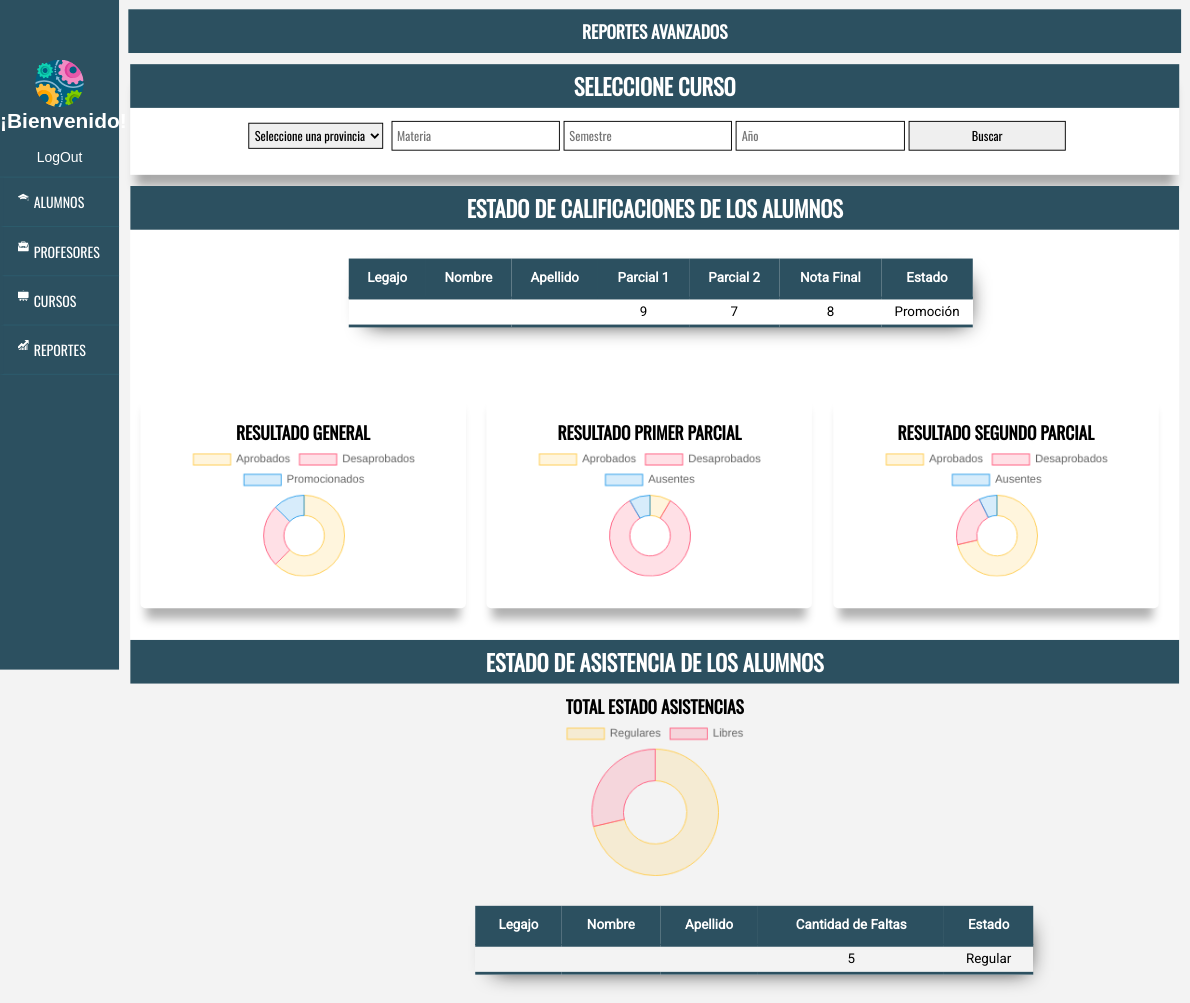
Repository: AlejandraBarrachina23/TPIntegrador_Barrachina_Java
Page: http://localhost/Alejandra_Barrachina_TP_Integrador1/reportes-avanzados.jsp
These files come from the project's save history. The page is drawn as it stood at one moment and after the next save; the edit follows.
The browser window is 1280 px wide. The pictures show the whole page, at 93% of full size.
Some web fonts or font styles are not loaded; a fallback is used. Some web libraries are served in a nearby version. The page is served by Tomcat 9. Nobody is signed in. The application's start-up code is not run. Other server files are loaded and not shown. The template is opened directly, without the code that normally fills it, so the values that code supplies are empty.

Above is the page before, as saved 2019-12-13 03:42:56.

### Alejandra_Barrachina_TP_Integrador1/WebContent/reportes-avanzados.jsp
<%@ page language="java" contentType="text/html; charset=ISO-8859-1"
    pageEncoding="ISO-8859-1"%>
    <%@page import="Dominio.Alumno"%>
    <%@page import="java.util.ArrayList"%>
<!DOCTYPE html>
<html>
<head>
<meta charset="ISO-8859-1">
<title>Sistema Universitarios</title>
<link href="estilos.css" type="text/css" rel=stylesheet>
<link href="https://fonts.googleapis.com/css?family=Oswald&display=swap" rel="stylesheet">
<link href="https://fonts.googleapis.com/css?family=Open+Sans:400,600&display=swap" rel="stylesheet">
<link href="https://fonts.googleapis.com/css?family=Roboto&display=swap" rel="stylesheet">
<link href="https://fonts.googleapis.com/css?family=Francois+One&display=swap" rel="stylesheet">
<link href="jquery.dataTables.min.css" type="text/css" rel=sytlesheet>
<script src="https://cdnjs.cloudflare.com/ajax/libs/Chart.js/2.8.0/Chart.js"></script>
<script src="jquery-3.4.1.min.js"></script>
<script src="jquery.dataTables.min.js"></script>

</head>
<body>

<nav>
<div id="user">
		<a href="index.jsp"><img id="icon-usuario" src="iconos/usuario-admin.svg" alt="imagen-usuario"></a>
		<h2>¡Bienvenido!</h2>
		<p>${usuario.usuario}</p>
		<a href="serveletUsuario">LogOut</a>
	</div>
<jsp:include page="menu-administrador.html"></jsp:include>
</nav>

<section class="section-principal">
	<div class="encabezados">
		<h3>REPORTES AVANZADOS</h3>
	</div>
	<div id="form-reportes-avanzados">
			<div class="busqueda-califaciones">
				<h2>SELECCIONE CURSO</h2>
				<select name="cboxProvincias" id="cboxProvincias" required>
							<option disabled selected>Seleccione una provincia</option>

				</select>
				<input type="text" placeholder="Materia">
				<input type="text" placeholder="Semestre">
				<input type="number" placeholder="Año">
				<input type="button" value="Buscar">
			</div>
			<div class="resultado-busqueda">
			<h2 class="titulos">ESTADO DE CALIFICACIONES DE LOS ALUMNOS</h2>
				<div class="tabla-resultado-busqueda">
					<table class="content-table" id="table_id">
						<thead>
							<tr>
								<th>Legajo</th>
								<th>Nombre</th>
								<th>Apellido</th>
								<th>Parcial 1</th>
								<th>Parcial 2</th>
								<th>Nota Final</th>
								<th>Estado</th>
							</tr>
						</thead>
						<tbody>
							<tr>
								  <td></td>
								  <td></td>
								  <td></td>
								  <td>9</td>
								  <td>7</td>
								  <td>8</td>
								  <td>Promoción</td>
							</tr>
						</tbody>
					</table>
				</div>
				<div class="graficos-resultado-busqueda">
					<div class="form-reportes-graficos">
						<h3>RESULTADO GENERAL</h3>
						<canvas id="estado-alumnos"></canvas>
					</div>
					<div class="form-reportes-graficos">
						<h3>RESULTADO PRIMER PARCIAL</h3>
						<canvas id="notas-primer-parcial"></canvas>
					</div>
					<div class="form-reportes-graficos">
						<h3>RESULTADO SEGUNDO PARCIAL</h3>
						<canvas id="notas-segundo-parcial"></canvas>
					</div>
				</div>
			</div>
			<div class="resultado-busqueda-asistencias">
			<h2 class="titulos">ESTADO DE ASISTENCIA DE LOS ALUMNOS</h2>
				<div class="graficos-resultado-busqueda">
					<div class="form-reportes-graficos-asistencias">
						<h3>TOTAL ESTADO ASISTENCIAS</h3>
						<canvas id="estado-asistencias"></canvas>
					</div>
				</div>
					<div class="tabla-resultado-busqueda">
					<table class="content-table">
						<thead>
							<tr>
								<th>Legajo</th>
								<th>Nombre</th>
								<th>Apellido</th>
								<th>Cantidad de Faltas</th>
								<th>Estado</th>
							</tr>
						</thead>
						<tbody>
							<tr>
								  <td></td>
								  <td></td>
								  <td></td>
								  <td>5</td>
								  <td>Regular</td>
							</tr>
						</tbody>
					</table>
				</div>
			</div>
	</div>
</section>
<script>
var ctx = document.getElementById('estado-alumnos').getContext('2d');
var myChart = new Chart(ctx, {
    type: 'doughnut',
    data: {
        labels: ['Aprobados','Desaprobados', 'Promocionados'],
        datasets: [

        	{
	        	label:"Alumnos",
	            data: [5, 2, 1],
	            fill: false,
	            borderWidth: 1,
	            backgroundColor: [
	                'rgba(255, 206, 86, 0.2)',
	                'rgba(255, 99, 132, 0.2)',
	                'rgba(54, 162, 235, 0.2)'
	            ],
	            borderColor: [

	            	'rgba(255, 206, 86, 1)',
	            	'rgba(255, 99, 132, 1)',
	                'rgba(54, 162, 235, 1)'

	            ]
        	}

        ]
    }
});

var ctx = document.getElementById('notas-segundo-parcial').getContext('2d');
var myChart = new Chart(ctx, {
    type: 'doughnut',
    data: {
        labels: ['Aprobados','Desaprobados', 'Ausentes'],
        datasets: [

        	{
	        	label:"Alumnos",
	            data: [10, 3, 1],
	            fill: false,
	            borderWidth: 1,
	            backgroundColor: [
	                'rgba(255, 206, 86, 0.2)',
	                'rgba(255, 99, 132, 0.2)',
	                'rgba(54, 162, 235, 0.2)'
	            ],
	            borderColor: [

	            	'rgba(255, 206, 86, 1)',
	            	'rgba(255, 99, 132, 1)',
	                'rgba(54, 162, 235, 1)'

	            ]
        	}

        ]
    }
});

var ctx = document.getElementById('notas-primer-parcial').getContext('2d');
var myChart = new Chart(ctx, {
    type: 'doughnut',
    data: {
        labels: ['Aprobados','Desaprobados', 'Ausentes'],
        datasets: [

        	{
	        	label:"Alumnos",
	            data: [1, 10, 1],
	            fill: false,
	            borderWidth: 1,
	            backgroundColor: [
	                'rgba(255, 206, 86, 0.2)',
	                'rgba(255, 99, 132, 0.2)',
	                'rgba(54, 162, 235, 0.2)'
	            ],
	            borderColor: [

	            	'rgba(255, 206, 86, 1)',
	            	'rgba(255, 99, 132, 1)',
	                'rgba(54, 162, 235, 1)'

	            ]
        	}

        ]
    }
});

var ctx = document.getElementById('estado-asistencias').getContext('2d');
var myChart = new Chart(ctx, {
    type: 'doughnut',
    data: {
        labels: ['Regulares','Libres'],
        datasets: [

        	{
	        	label:"Alumnos",
	            data: [5, 2],
	            fill: false,
	            borderWidth: 1,
	            backgroundColor: [
	                'rgba(255, 206, 86, 0.2)',
	                'rgba(255, 99, 132, 0.2)'
	            ],
	            borderColor: [

	            	'rgba(255, 206, 86, 1)',
	            	'rgba(255, 99, 132, 1)'

	            ]
        	}

        ]
    }
});

</script>
</body>
</html>

### Alejandra_Barrachina_TP_Integrador1/WebContent/menu-administrador.html


<style>
@import url('https://fonts.googleapis.com/css?family=Francois+One&display=swap');
</style>

	<ul>
		<a href="alumnos.jsp"><li><img class="icon" alt="cursos" src="iconos/estudiantes.svg">ALUMNOS</li></a>
		<a href="profesores.jsp"><li><img class="icon" alt="cursos" src="iconos/profesores.svg">PROFESORES</li></a>
		<a href="cursos.jsp"><li><img class="icon" alt="profesores" src="iconos/cursos.svg">CURSOS</li></a>
		<a href="reportes.jsp"><li><img class="icon" alt="cursos" src="iconos/reportes.svg">REPORTES</li></a>
	</ul>

Loaded but not shown: Alejandra_Barrachina_TP_Integrador1/WebContent/jquery-3.4.1.min.js (library); Alejandra_Barrachina_TP_Integrador1/WebContent/jquery.dataTables.min.js (library); Alejandra_Barrachina_TP_Integrador1/WebContent/iconos/usuario-admin.svg (1 lines, source omitted); Alejandra_Barrachina_TP_Integrador1/WebContent/iconos/reportes.svg (10 lines, source omitted); Alejandra_Barrachina_TP_Integrador1/WebContent/iconos/cursos.svg (6 lines, source omitted); Alejandra_Barrachina_TP_Integrador1/WebContent/iconos/estudiantes.svg (7 lines, source omitted); Alejandra_Barrachina_TP_Integrador1/WebContent/iconos/profesores.svg (2 lines, source omitted); Alejandra_Barrachina_TP_Integrador1/WebContent/estilos.css (1336 lines, source omitted)

After the next save:
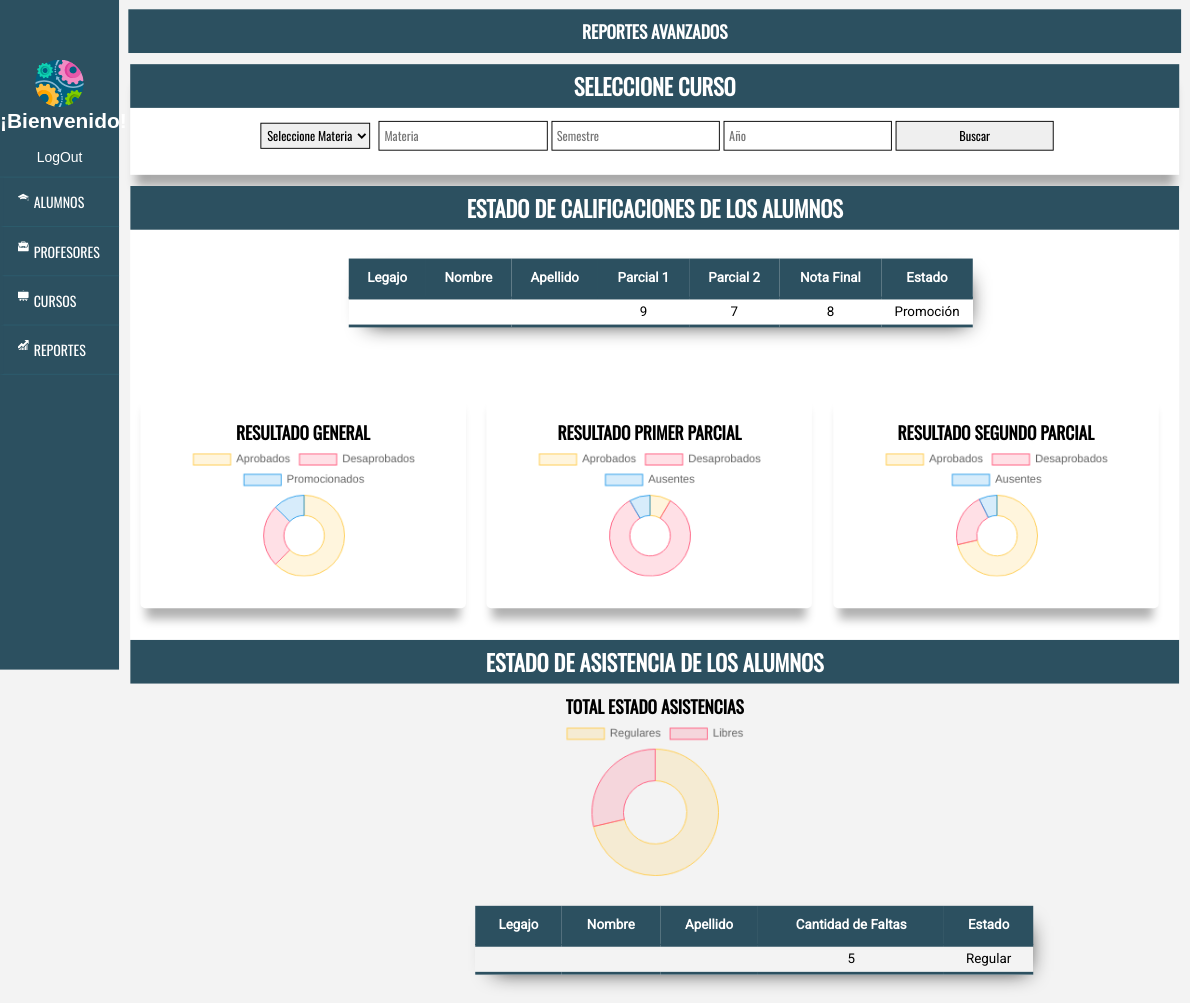
Saved 19 s later.
--- a/Alejandra_Barrachina_TP_Integrador1/WebContent/reportes-avanzados.jsp
+++ b/Alejandra_Barrachina_TP_Integrador1/WebContent/reportes-avanzados.jsp
@@ -38,8 +38,7 @@
 			<div class="busqueda-califaciones">
 				<h2>SELECCIONE CURSO</h2>
 				<select name="cboxProvincias" id="cboxProvincias" required>
-							<option disabled selected>Seleccione una provincia</option>
-
+					<option disabled selected>Seleccione Materia</option>
 				</select>
 				<input type="text" placeholder="Materia">
 				<input type="text" placeholder="Semestre">
